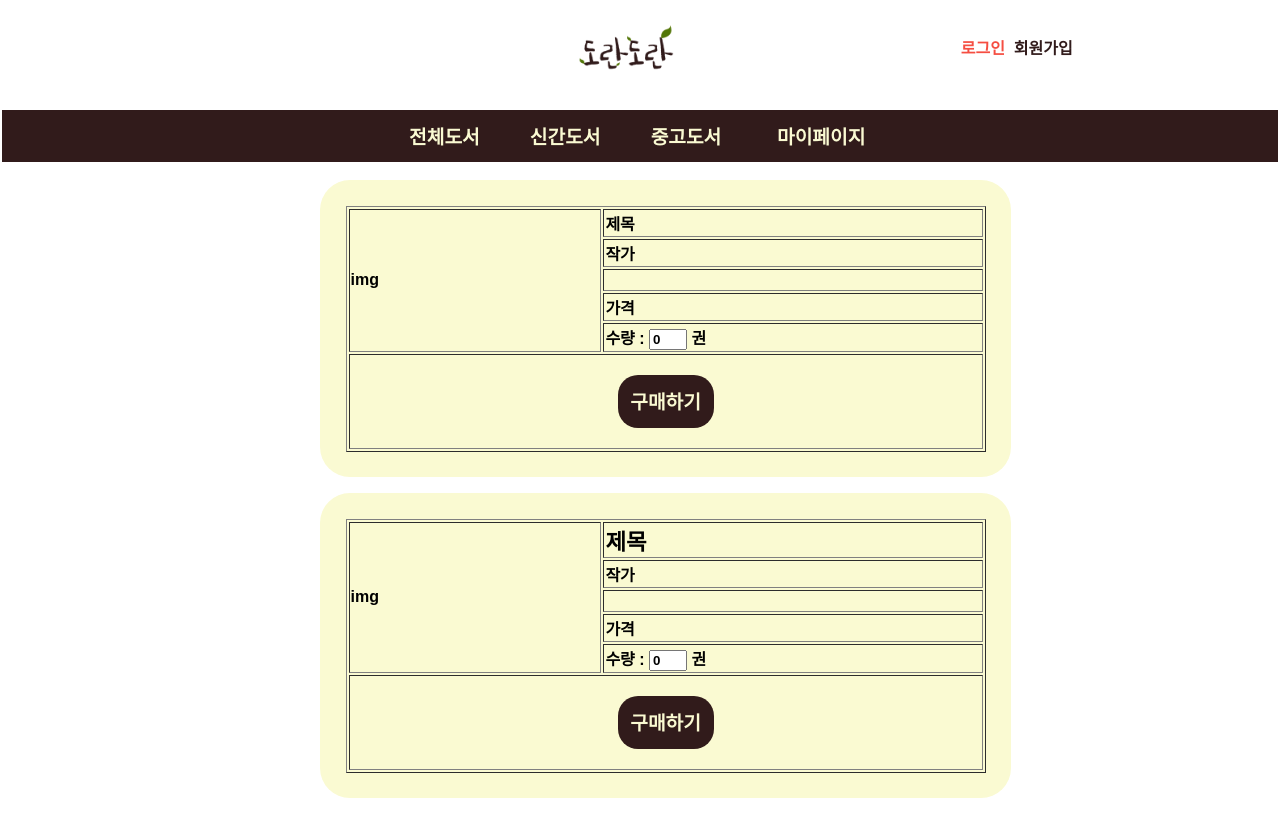
Repository: juhyun110701/DORANDORAN
Page: http://localhost/dorandoran/bookView.jsp
The author's editor kept a copy of each file at every save. The page is drawn from the files as they stood at one save, then again after the next save.
The browser window is 1280 px wide. The pictures show the whole page.
Some web fonts or font styles are not loaded; a fallback is used. The page is served by Tomcat 9. Other server files are loaded and not shown.

Above is the page before, as saved 2019-07-31 12:35:32.

### dorandoran/WebContent/bookView.jsp
<%@ page language="java" contentType="text/html; charset=UTF-8"
    pageEncoding="UTF-8" import="java.sql.*"%>
<%@ page import="doran.db.connection.DBConnection" %>
<!DOCTYPE html>
<html>
<head>
<meta charset="utf-8">
<title>도란도란</title>
<!--
<link rel="shortcut icon" href="img/logo.png">
<link rel="apple-touch-icon" href="img/logo_apple.png">
-->
<link rel="stylesheet" href="css/bookView.css">
<link href="https://fonts.googleapis.com/css?family=Sunflower:300&display=swap" rel="stylesheet">
<script>
//maxlength 체크
function maxLengthCheck(object){
 if (object.value.length > object.maxLength){
  object.value = object.value.slice(0, object.maxLength);
 }
}
</script>
</head>
<body>
<jsp:include page="top.jsp" flush="false"/><p>
<%
	//db연결
	Connection conn=null;
    PreparedStatement pstmt=null;
    String sql="select * from book where ";
%>
<div id="box" align="center">
<table border=1 id="whole">
	<tr>
		<td rowspan=5 width="40%">img</td>
		<td>제목</td>
	</tr>
	<tr>
		<td>작가</td>
	</tr>
	<tr>
		<td><br></td>
	</tr>
	<tr>
		<td>가격</td>
	</tr>
	<tr>
		<td>
			수량 : <input type="number" name="amount" value=0 max=99 maxlength=2 style="width:30px;" oninput="maxLengthCheck(this)"> 권
		</td>
	</tr>
	<tr>
		<td colspan=2 align="center">
			<input type="button" id="buy" class="btn" value="구매하기">
		</td>
	</tr>
</table>
</div>
<p>
<div id="box" align="center">
<table border=1 id="whole">
	<tr>
		<td rowspan=5 width="40%">img</td>
		<td id="title">제목</td>
	</tr>
	<tr>
		<td>작가</td>
	</tr>
	<tr>
		<td><br></td>
	</tr>
	<tr>
		<td>가격</td>
	</tr>
	<tr>
		<td>
			수량 : <input type="number" name="amount" value=0 max=99 maxlength=2 style="width:30px;" oninput="maxLengthCheck(this)"> 권
		</td>
	</tr>
	<tr>
		<td colspan=2 align="center">
			<input type="button" id="buy" class="btn" value="구매하기">
		</td>
	</tr>
</table>
</div>
</body>
</html>

### dorandoran/WebContent/top.jsp
<%@ page language="java" contentType="text/html; charset=UTF-8"
    pageEncoding="UTF-8"%>
<!DOCTYPE html>
<html>
<head>
<meta charset="utf-8">
<title>도란도란</title>
<!--
<link rel="shortcut icon" href="img/logo.png">
<link rel="apple-touch-icon" href="img/logo_apple.png">
-->
<link rel="stylesheet" href="css/index.css">
<link href="https://fonts.googleapis.com/css?family=Sunflower:300&display=swap" rel="stylesheet">
<script>
	function check(){
		alert("로그인 후 이용하실 수 있습니다");
		return ;
	}
</script>
</head>
<body>
    <table id="whole">
        <tr>
            <td width="45%"></td>
            <td width="10%"><a href="index.jsp"><img src="img/logo.png" width="80%"></a></td>
            <td width="45%" style="padding-left:20%;">
            <div id="login"></div>
                		<a href="login.jsp" class="top_menu" style="color:#f54e42;" target="_top">로그인</a>&nbsp;
                		<a href="signup.jsp" class="top_menu" target="_top">회원가입</a><p>
            </td>
        </tr>
        <tr class="menu">
            <td colspan=3>
                <table width="100%" height="50px">
                    <tr>
                       <td width="30%"></td>
                        <td class="menu_in"><a href="index.jsp">전체도서</a></td>
                        <td class="menu_in"><a href="recentBook.jsp">신간도서</a></td>
                        <td class="menu_in"><a href="oldBook.jsp">중고도서</a></td>
                        <td class="menu_in"><a onclick="check()">마이페이지</a></td>
                        <td width="30%"></td>
                    </tr>
                </table></td>
        </tr>
    </table>
</body>
</html>

### dorandoran/WebContent/css/bookView.css
body{
    margin:0;
    padding-bottom:3%;
}

*{
    font-family: 'Sunflower', sans-serif;
    font-weight:bold;
}

#whole{
    width:100%;
    height:100%;
}

a{
    text-decoration: none;
}

#box{
    background-color:lightgoldenrodyellow;
    border-radius:30px;
    width:50%;
    margin-left: 25%;
    padding:2%;
}

.btn{
	background-color:#311b1b;
	color:lightgoldenrodyellow;
	border-radius:20px;
	border:0;
	outline:0;
	padding:2%;
	margin:3%;
	font-size:120%;
}



#title{
	font-size:140%;
}

### dorandoran/WebContent/css/index.css
body{
    margin:0;
}

*{
    font-family: 'Sunflower', sans-serif;
    font-weight:bold;
}

#whole{
    width:100%;
    height:100%;
}

a{
    text-decoration: none;
}

.top_menu{
    color:#311b1b;
}

.top_menu:hover{
    color:#ed6853;
}

#logout{
	background-color:transparent;
	border:none;
	outline:none;
}

.menu{
    background-color:#311b1b;
    text-align:center;
    font-size:120%;
}

.menu_in a{
    color:lightgoldenrodyellow;
    width:10%;
}

.menu_in a:hover{
    color:#ed6853;
}

After the next save:
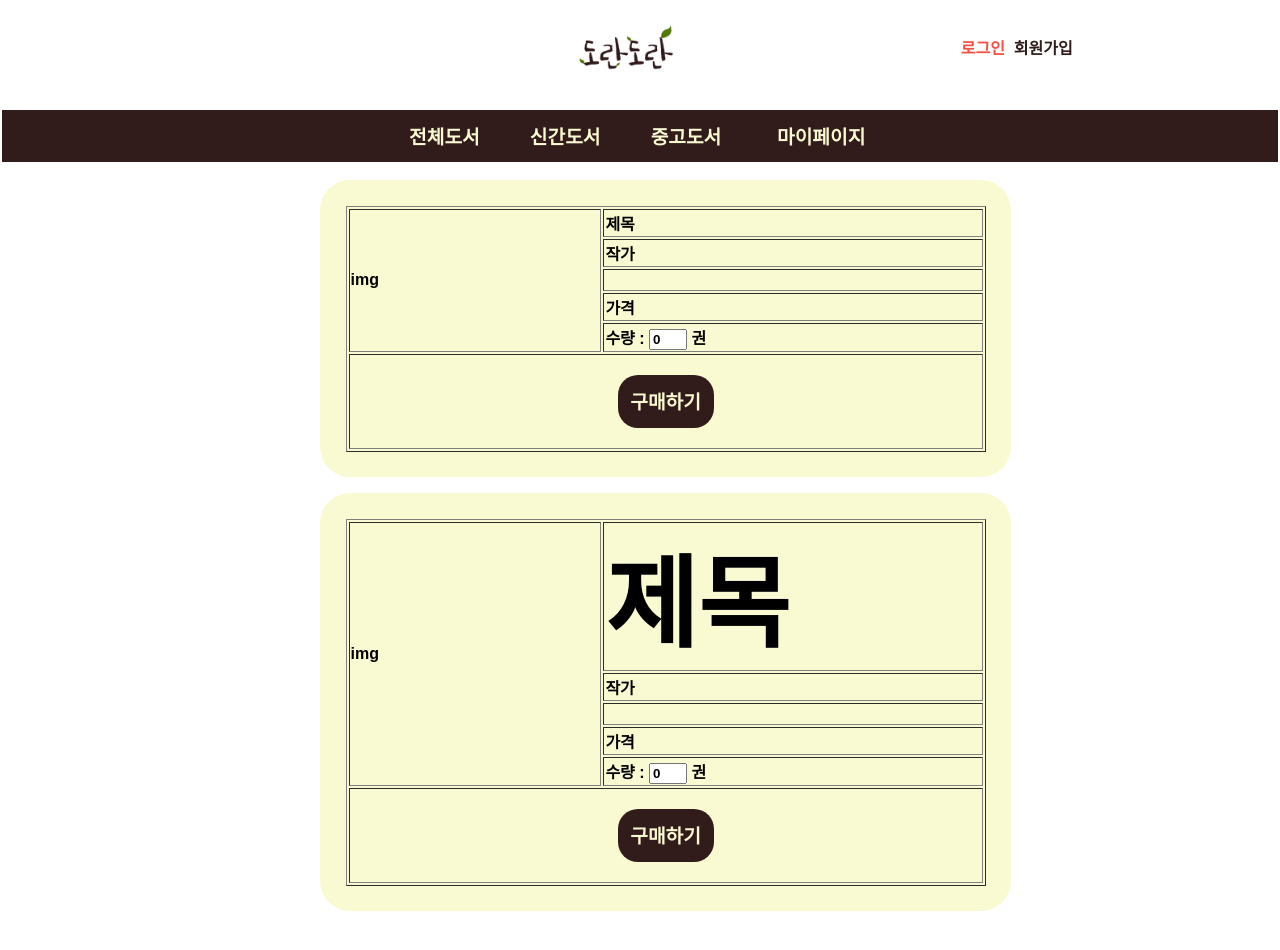
Saved 24 s later.
--- a/dorandoran/WebContent/css/bookView.css
+++ b/dorandoran/WebContent/css/bookView.css
@@ -39,5 +39,5 @@ a{
 
 
 #title{
-	font-size:140%;
+	font-size:100px;
 }
